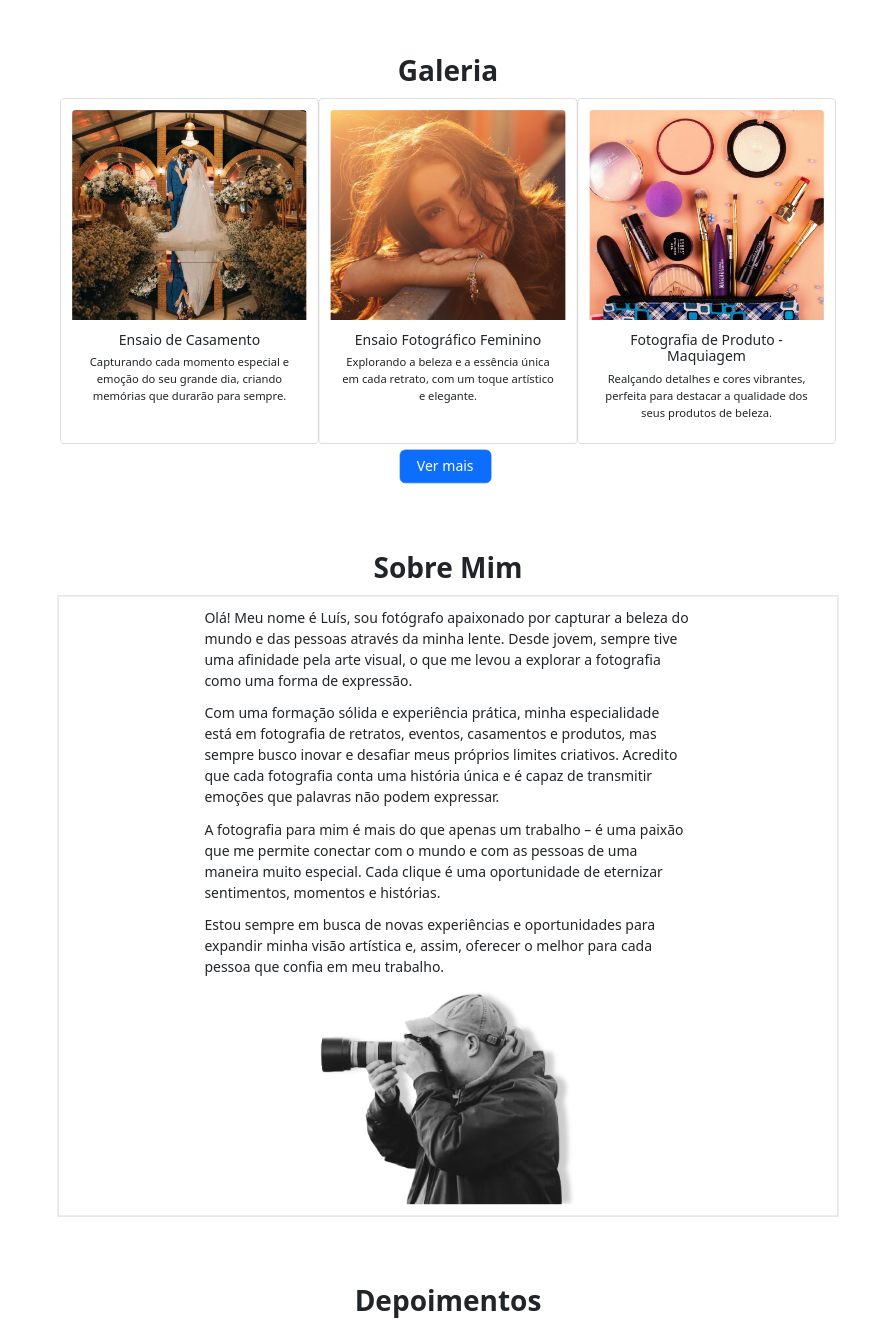
Repository: Marinalr-25/portifolio-fotografia
Page: index.html
These files come from the project's save history. The page is drawn as it stood at one moment and after the next save; the edit follows.
The browser window is 1280 px wide. The pictures show the part of the page from y = 556 to 2456 px (the page is 2793 px tall), at 70% of full size.
A picture or video elsewhere on the page could not be fetched, so the positions and the page height are approximate.

Above is the page before, as saved 2025-01-19 21:39:51.

After the next save:
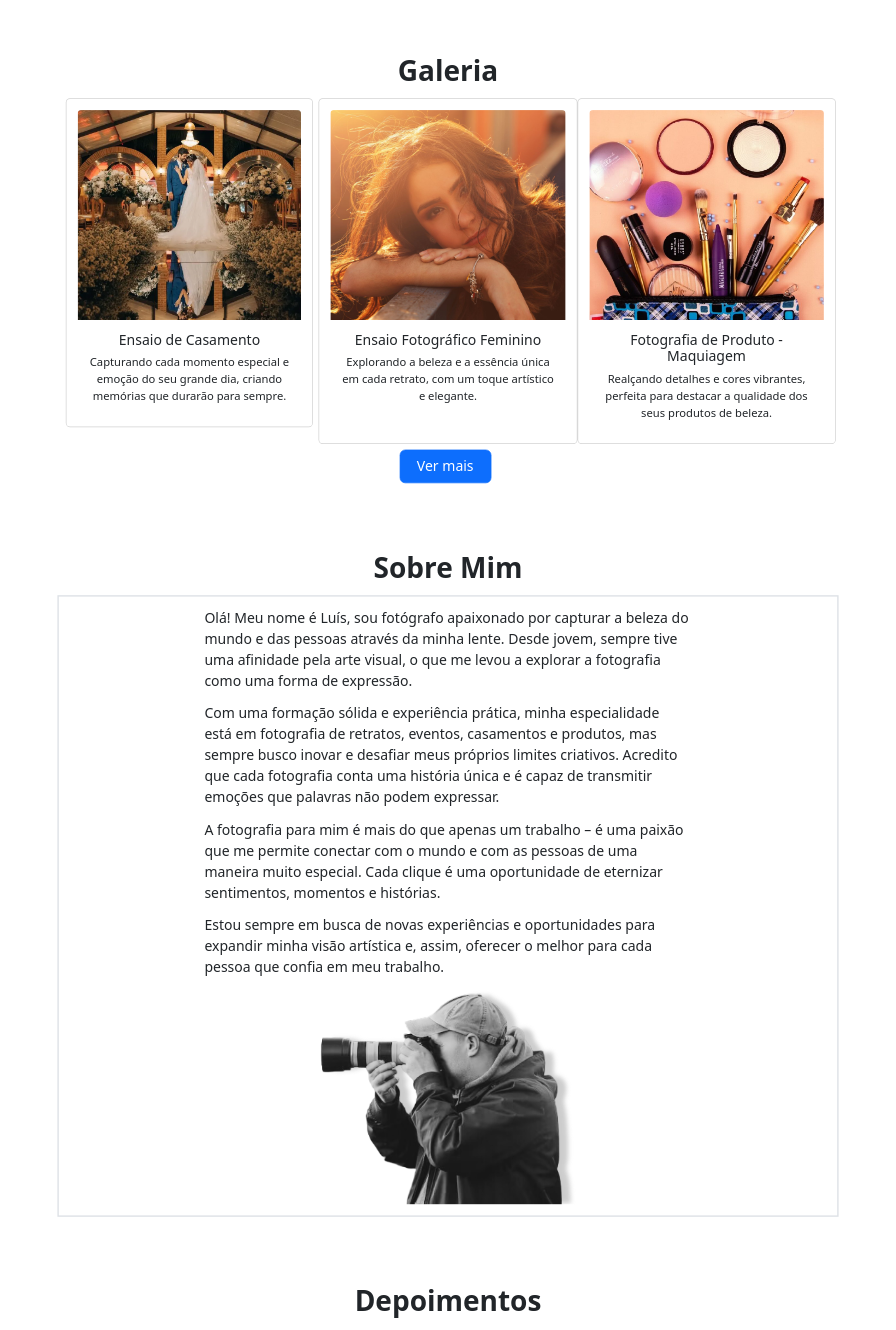
Saved 2 min 32 s later.
--- a/index.html
+++ b/index.html
@@ -108,18 +108,20 @@
     <div id="galeria" class="container col-xxl-8 px-4 py-5 p-4 text-center">
       <h1 class="fw-bold mb-3">Galeria</h1>
       <div class="row g-3">
-        <div class="card p-3 col-lg-4 col-12 mb-2">
-          <img
-            src="src/casamento.webp"
-            class="card-img-top"
-            alt="ensaio fotografico de casamento"
-          />
-          <div class="card-body">
-            <h5 class="card-title">Ensaio de Casamento</h5>
-            <p class="card-text">
-              Capturando cada momento especial e emoção do seu grande dia,
-              criando memórias que durarão para sempre.
-            </p>
+        <div class="col-lg-4 col-12">
+          <div class="card p-3 mb-2">
+            <img
+              src="src/casamento.webp"
+              class="card-img-top"
+              alt="ensaio fotografico de casamento"
+            />
+            <div class="card-body">
+              <h5 class="card-title">Ensaio de Casamento</h5>
+              <p class="card-text">
+                Capturando cada momento especial e emoção do seu grande dia,
+                criando memórias que durarão para sempre.
+              </p>
+            </div>
           </div>
         </div>
         <div class="card p-3 col-lg-4 col-12 mb-2">
